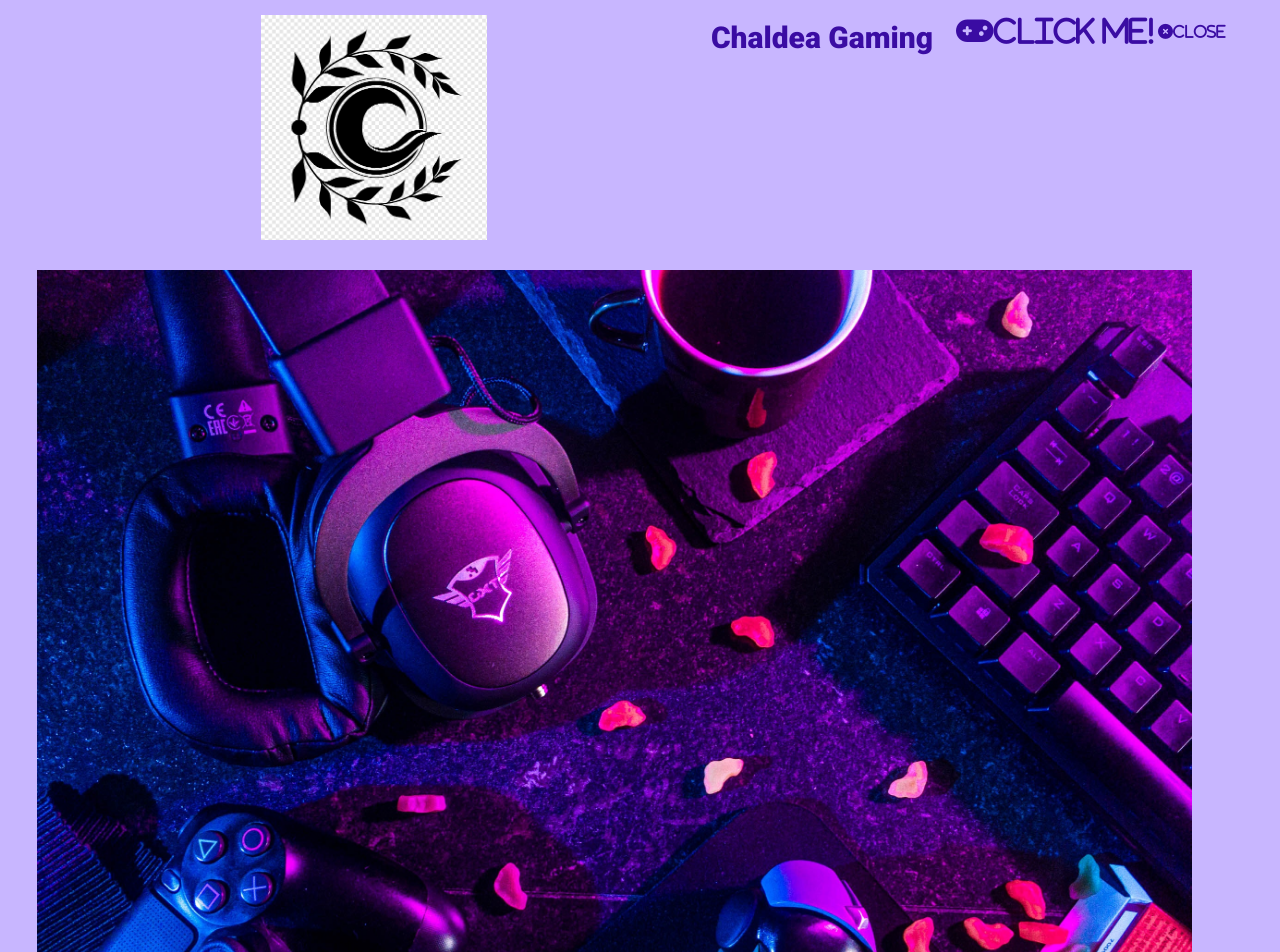
Repository: NyleNC/School-Projects
Page: Hmtl and CSS project/Contact.html
These files come from the project's save history. The page is drawn as it stood at one moment and after a run of saves; the edit follows.
The browser window is 1280 px wide. The pictures show the part of the page from y = 0 to 952 px (the page is 2037 px tall before and 2055 px after).
A picture or video elsewhere on the page could not be fetched, so the positions and the page height are approximate. Some web libraries are served in a nearby version.

Above is the page before, as saved 2025-01-05 14:53:29.

### Hmtl and CSS project/Contact.html
<!DOCTYPE html>
<html lang="en">
<head>
    <meta charset="UTF-8">
    <meta name="viewport" content="width=device-width, initial-scale=1.0">
    <title>Contact</title>
    <link rel="stylesheet" href="style.css">
    <script src="https://kit.fontawesome.com/1e3ba98075.js" crossorigin="anonymous"></script>
    <link rel="preconnect" href="https://fonts.googleapis.com">
<link rel="preconnect" href="https://fonts.gstatic.com" crossorigin>
<link href="https://fonts.googleapis.com/css2?family=Roboto:wght@400;700;900&display=swap" rel="stylesheet">
<link rel="stylesheet" href="https://cdnjs.cloudflare.com/ajax/libs/font-awesome/4.7.0/css/font-awesome.min.css">
<script src="script.js" defer></script>

</head>
<body>
    <header class="header-con">
        <nav class="main-nav">
            <i id="nav-toggle" class="fa-solid fa-gamepad fa-bounce fa-2xl">Click me!</i>
            <i id="close-btn" class="fa-sharp fa-solid fa-circle-xmark fa-bounce">Close</i>
            <ul id="nav-menu">
                <li><a href="Index.html">Home</a></li>
                <li><a href="About.html">About</a></li>
                <li><a href="Club.html">Club Information</a></li>
                <li><a href="News.html">News and Events</a></li>
                <li><a href="Contact.html">Contact</a></li>
            </ul>
        </nav>
        <div class="logo">
            <img src="Images/Logo.png" alt="Logo" width="100" height="200" >
            <h1>Chaldea Gaming</h1>
     </div>
     <div>
     <img src="Images/Header-picture.jpg" alt="A picture of gaming equipment" width="2000" height="1500" >
     </div>
    </header>
    <main>
        <div>
        <h2>Join Us:</h2>

<p>Ready to embark on an epic gaming journey? Join Chaldea Gaming Club and be part of a community that transcends pixels and screens. Whether you're here for the games, the friendships, or the shared adventures, there's a place for you in our ever-expanding gaming family.

Connect with us on facebook or twitter and stay tuned for upcoming events, challenges, and the latest in the gaming world. Let the games begin!</p>
    </div>
<div>

</div>

<form action="https://webdevbasics.net/scripts/demo.php" method="post">
    <fieldset>
        <legend>Player Information</legend>
            <div class="field-col">
                <div>
                    <label for="firstName">First Name:</label>
                    <input id="firstName" type="text" name="firstName" placeholder="Please Input First Name" required>
                </div>
                <div>
                    <label for="lastName">Last Name:</label>
                    <input id="lastName" type="text" name="lastName" placeholder="Please Input Last Name" required>
                </div>
                <div>
                    <label for="email"> Email:</label>
                    <input id="email" name="email" type="email" placeholder="johndoe@google.com" required>
                </div>
                <div>
                    <label for="gamerTag">Gamer tag:</label>
                    <input id="gamerTag" type="text" name="gamerTag" placeholder="gamertag11 or discord Id">
                </div>
            </div>
        <div  class="field-container">
            <div>
    <img src="Images/joininghands.jpg" alt="a bunch of people's hand joining together" width="2000" height="1500">
        </div>
        <div>
            <img src="Images/gamers.jpg" alt="people playing a game and one lost" width="2000" height="1500">
                </div>
        </div>
    </fieldset>
    <div class="buttons">
        <div><input type="submit" name="submit" value="Submit"></div>
    <div><input type="reset" name="reset" value="Cancel"></div>
    </div>
</form>


</main>
    <footer class="footer">
        <div >
            <p><small>Nyle Bumanglag 2023</small></p>
        </div>
        <div class="social">
            <a href="#" class="fa fa-facebook"></a>
            <a href="#" class="fa fa-twitter"></a>
            <a href="#" class="fa fa-reddit"></a>
        </div>
        </footer>
</body>
</html>

### Hmtl and CSS project/Style.css
body{
    background: #c8b6ff;
    color: #3a0ca3;
    margin:0 auto;
    font-family: 'Roboto', sans-serif;
    font-weight: 400;
    font-size: 1em;
}

.footer {
    height: auto;
    margin:0 auto;
    width: 300px;
    text-align:center;
    color:#3a0ca3;
}
fieldset{
    border:5px groove #26b3de;
    border-radius: 10px;
}

h1{
    text-align: center;
    font-weight: 900;

}
h2 ,h3 {
    font-weight: 700;
    padding: 0 1em;
}

p{
    padding: 0 1em;
}
img {
    width: 95%;
    height: auto;
    margin: 20px auto;
    padding-left: 5px;

}
.main-nav{
   float: right;
   padding: 1.5em;
   margin: 0 auto;
}
.main-nav ul{
    background: #262032;
    color: #000000;
    display:none;
	gap:15px;
    width: 200px;
    height: auto;
    margin: 0 auto;
    transition: all 0.3s ease-in-out;
}
.main-nav ul.show {
    display: block;
}
.main-nav a{
    color: #a8dadc;
    text-decoration: wavy;
}
.main-nav a:hover{
     background-color: #4cc9f0
}



#close-btn:hover {
    background-color: #d32f2f;
}
.main-nav i.hidden {
    display: none;
}
.main-nav i {
    transition: opacity 0.3s ease-in-out;
}

input[type="submit"]:hover , input[type="reset"]:hover {
	background: #7fa0bd;
	border-color: rgb(127, 164, 189);
}
input[type="text"], input[type="email"]{
	display: block;
	border: 1px outset #800f00;
	border-radius: 5px;
	height: 30px;
	width: 100%;
}
input[type="submit"],input[type="reset"] {
    border-style: groove;
    background:  #ef476f ;
	border-radius: 5px;
    color: white;
	font-size: 0.75em;
	margin-top: 15px;
	padding: 10px ;


}
label{
    font-size: 1em;
    color: #3a0ca3;
    font-weight:400;

}
legend {
	font-size: 1.25em;
	font-weight: 700;
	color:  #3a0ca3 ;
}

/* classes*/
.buttons{
    margin: 0 auto;
    display: flex;
    gap: 7em;
   padding-left:1em;
}
.logo{
    margin: 1em;
   display: flex;

}
.logo img{
    width: 50%;
    height: auto;
}

.about-bkgd{
    background-image:url(Images/aboutbackground.jpg);
    background-position: center;
    background-size: cover;
    padding: 1em;
    border-radius:3px;

}
.about-bkgd img{
    margin: 0 auto;
	width: 25%;
    height: auto;
}
.button-bkgd{
    padding: 15px;
    line-height: 1em;
    background-color: transparent;
    background-size: cover;
    background-position: 50%;
    background-repeat: no-repeat;
    border: 2px solid #26b3de;
    border-radius: 3px;
    text-align: center;
}
.button-bkgd a{
    color: #fff;
    text-decoration: wavy;
}
.button-bkgd a:hover{
    background-color: #a8dadc;
}
.club-bkgd{
    background-image: url(Images/clubbgkd.jpg);
    background-position: center ;
    background-size: cover;
    padding: 1em;
    border-radius:3px;
}

.news-bkgd{
    background-image: url(Images/newsbgkd.jpg);
    background-position: center;
    background-size: cover;
    padding: 1em;
    border-radius:3px;
}
.contact-bkgd{
    background-image: url(Images/contactbgkd.jpg);
    background-position: center ;
    background-size: cover;
    padding: 1em;
    border-radius:3px;
}
.header-con{
    width: 95%;
    height: auto;
    margin: 0 auto;
}
.container{
    margin: 0 auto;
    gap: 1em;
    display: grid;
    grid-template-columns:  1fr 1fr;
	width: 95%;
    height: auto;
    border: 4px solid #26b3de;
    border-radius:3px;
}
.fa {
    padding: 10px;
    font-size: 20px;
    width: 30px;
    text-align: center;
    text-decoration: none;
    margin: 5px 2px;
  }
.fa-facebook {
    background: #3B5998;
    color: white;
  }
  .fa:hover {
      opacity: 0.7;
}
.fa-twitter {
    background: #55ACEE;
    color: white;
}
.fa-reddit {
    background: #ff5700;
    color: white;
  }
.social{
    text-align: right;
    margin-right: 7em;
}
.field-col{
    grid-template-columns: 1fr 1fr ;
    display: grid;
    gap: 10px;
}
.field-container{
    margin: 0 auto;
    gap: 1em;
    display: grid;
    grid-template-columns:  1fr 1fr;
	width: 95%;
    height: auto;

}
.event-news {
    display: flex;

    border:5px solid #b388eb;
    width: 90%;
    gap: 10em;
    padding-left: 5em;
}

.event-news a{
    color: #3a0ca3;
    text-decoration: wavy;
}

.event-news a:hover{
    background-color: #4cc9f0

}

section {
    padding: 15px;
}


.event-container{
    display: grid;
    grid-template-columns: 1fr 1fr;
    width: 95%;
    height: auto;
    text-align: left;
}


@media only screen and (min-width: 768px) {
    .container{
       margin: 0 auto;
        gap: 10px;
        display: grid;
        grid-template-columns:  1fr 1fr 1fr 1fr;
        width: 95%;
        height: auto;

    }
    img{
        margin: 1em auto;

    }
    body{
        margin: 0 auto;
       font-size: 15px;

    }
    .main-nav ul{
    width: 500px;
    height: auto;
    margin: 0 auto;
    }
    .buttons{
        margin: 0 auto;
        display: flex;
        gap: 8em;
       padding-left:9em;
    }
    .logo img{
        width: 25%;
        height: auto;
    }
    .logo{
        margin: 0 auto;
       display: flex;

    }
}

@media only screen and (min-width: 1440px){
    body{
        margin: 0 auto;
        font-size: 2em;

    }
    img{
        margin: 0 1em;
    }
    .container{
        margin: 0 auto;
         gap: 1em;
         display: grid;
         grid-template-columns:   1fr 1fr 1fr 1fr;
         width: 95%;
         height: auto;
         text-align: center;
         padding-right: 1em;
     }

    .main-nav ul{
        width: 500px;
    height: auto;
    margin: 0 auto;
    }
    .social{
        text-align: right;
        margin-right: 2em;
    }
    .buttons{
        margin: 0 auto;
        display: flex;
        gap: 8em;
       padding-left:15em;
    }
    .logo img{
        width: 25%;
        height: auto;
        margin-bottom: 1em;
        margin-top: 1em;
    }

}

@media only screen and (min-width: 1920px){
    body{
        margin: 0 auto;
        font-size: 2em;

    }
    img{
        margin: 0 1em;
        width: 95%;
        height: auto;
    }
    .container{
        margin: 0 auto;
         gap: 1em;
         display: grid;
         grid-template-columns:   1fr 1fr 1fr 1fr;
         width: 95%;
         height: auto;
         text-align: center;
         padding-right: 1em;
     }

    .main-nav ul{
        width: 500px;
    height: auto;
    margin: 0 auto;
    }
    .social{
        text-align: right;
        margin-right: 2em;
    }
    .buttons{
        margin: 0 auto;
        display: flex;
        gap: 8em;
       padding-left:15em;
    }
    .logo img{
        width: 25%;
        height: auto;
        margin-bottom: 1em;
        margin-top: 1em;
    }
    .event-news {
        display: flex;

        border:5px solid #b388eb;
        margin: 0 auto;
        width: 90%;
        gap: 25em;
        padding-left: 10em;
    }
    .field-container{
        margin: 1em auto;
        gap: 1em;
        display: grid;
        grid-template-columns:  1fr 1fr;
        width: 95%;
        height: auto;

    }

}

### Hmtl and CSS project/script.js
document.getElementById("nav-toggle").addEventListener("click", function () {
    const navMenu = document.getElementById("nav-menu");
    const navToggle = document.getElementById("nav-toggle");
    const closeBtn = document.getElementById("close-btn");

    // Toggle the navigation menu visibility
    navMenu.classList.toggle("show");

    // Toggle visibility of "Click me!" and "Close" button
    navToggle.classList.toggle("hidden");
    closeBtn.classList.toggle("hidden");
});

// Close the navigation menu when "Close" button is clicked
document.getElementById("close-btn").addEventListener("click", function () {
    const navMenu = document.getElementById("nav-menu");
    const navToggle = document.getElementById("nav-toggle");
    const closeBtn = document.getElementById("close-btn");

    // Hide the navigation menu
    navMenu.classList.remove("show");

    // Show the "Click me!" button and hide the "Close" button
    navToggle.classList.remove("hidden");
    closeBtn.classList.add("hidden");
});

After the next 2 saves:
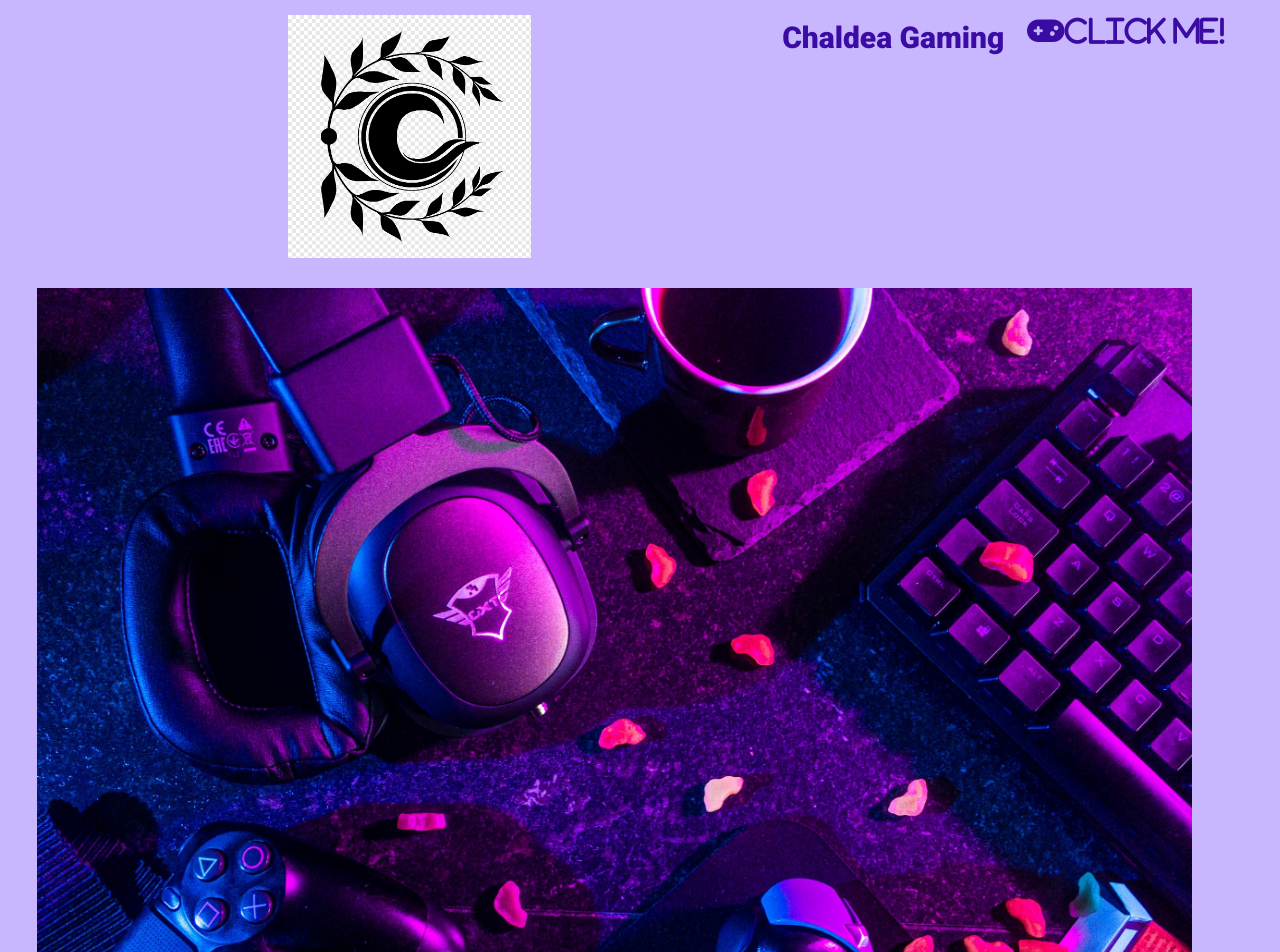
The 2 saves are shown as one change because they came seconds apart.
The last was saved 100 s later.
--- a/Hmtl and CSS project/Style.css
+++ b/Hmtl and CSS project/Style.css
@@ -54,6 +54,9 @@ img {
     margin: 0 auto;
     transition: all 0.3s ease-in-out;
 }
+#close-btn {
+    display: none;
+}
 .main-nav ul.show {
     display: block;
 }
@@ -65,11 +68,6 @@ img {
      background-color: #4cc9f0
 }
 
-
-
-#close-btn:hover {
-    background-color: #d32f2f;
-}
 .main-nav i.hidden {
     display: none;
 }
